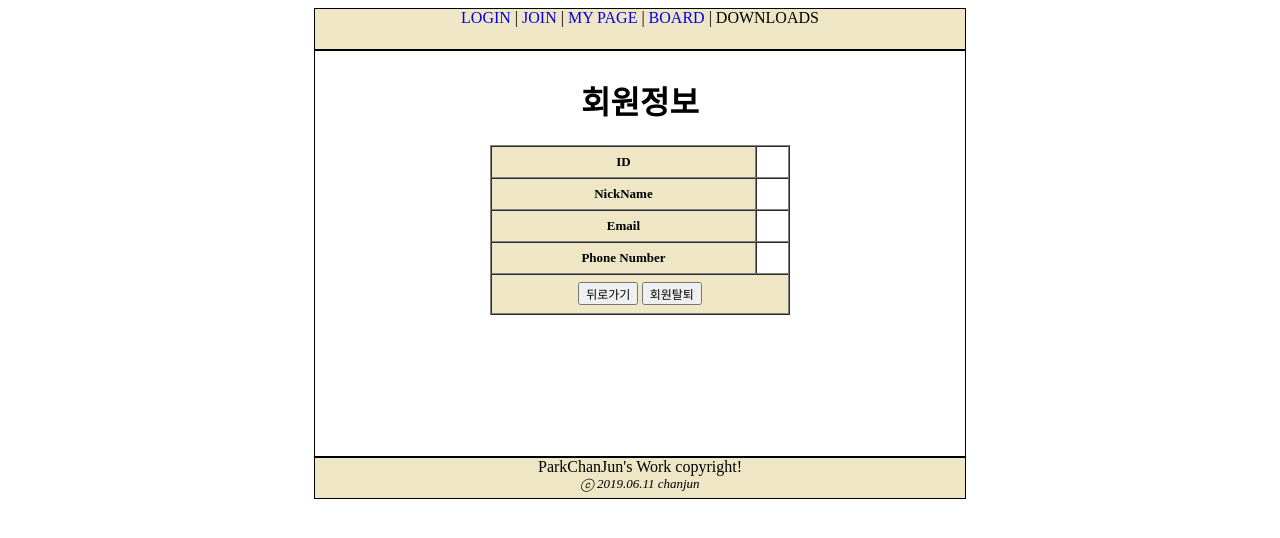
Repository: slolee/Spring-Board
Page: http://localhost/spring_project/WEB-INF/views/member/mypageResultView.jsp
An editor plug-in stored every save of this project. The page is shown before and after the next save, followed by the edit.
The browser window is 1280 px wide. The pictures show the whole page.
The page is served by Tomcat 9. Nobody is signed in. The template is opened directly, without the code that normally fills it, so the values that code supplies are empty.

Above is the page before, as saved 2019-06-17 02:28:16.

After the next save:
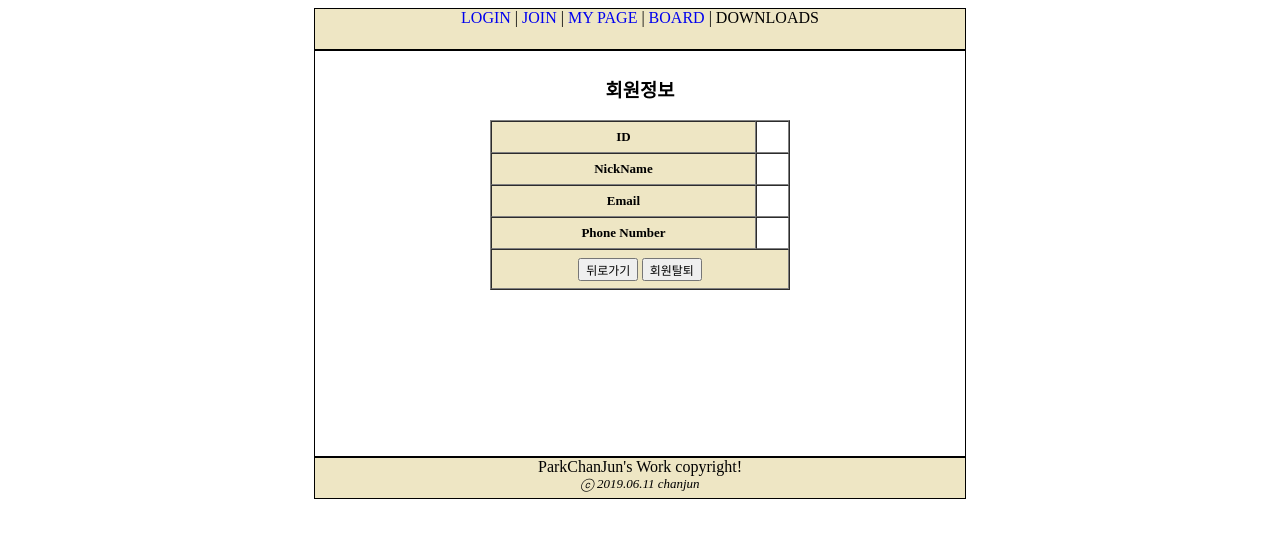
Saved 18 s later.
--- a/spring_project/src/main/webapp/WEB-INF/views/member/mypageResultView.jsp
+++ b/spring_project/src/main/webapp/WEB-INF/views/member/mypageResultView.jsp
@@ -4,7 +4,7 @@
 	<jsp:param name="title" value="MyPage"/>
 </jsp:include>
 
-	<h1>회원정보</h1>
+	<h3>회원정보</h3>
 	<table border=1 cellpadding="5" cellspacing="0" align="center" width="300px" height="170px" style="font-size:small;">
 		<tr>
 			<th>ID</th>
